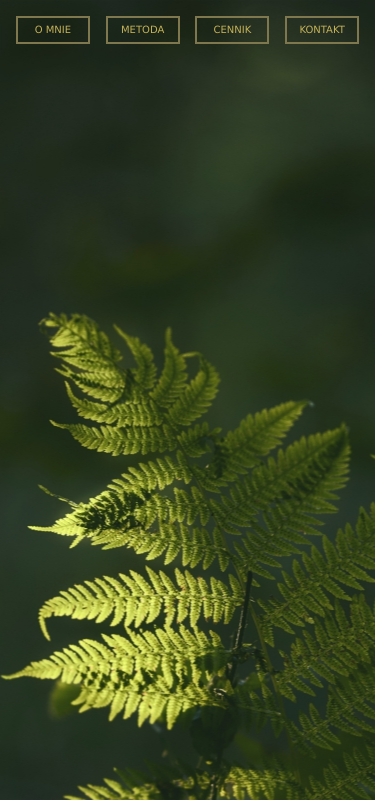
Repository: LechCieslak/Anna_Cieslak_v2.1
Page: index.html
These files come from the project's save history. The page is drawn as it stood at one moment and after the next save; the edit follows.
The browser window is 375 px wide. The pictures show the whole page.

Above is the page before, as saved 2020-09-16 22:06:13.

### index.html
<!DOCTYPE html>
<html lang="pl">
<head>
    <meta charset="UTF-8">
    <meta name="viewport" content="width=device-width, initial-scale=1.0">
    <link rel="stylesheet" href="style.css">
    <title>Przyjazne miejsce</title>
</head>
<body>
    <main>

            <div class="menu">
                <ul>
                    <li class="li1">O MNIE</li>
                    <li class="li2">METODA</li>
                    <li class="li3">CENNIK</li>
                    <li class="li4">KONTAKT</li>
                </ul>
            </div>

            <div class="oMnie shape">
                <h1>O MNIE</h1>
                <p>Anna Cieślak - psycholog, psychoterapeuta
                    <br><br>
                    Prowadzę indywidualną długoterminową psychoterapię osób dorosłych oraz młodzieży 16+. Od kilku lat w duchu Rodzicielstwa Bliskości wspieram rodziców oraz nauczycieli w codziennych wyzwaniach związanych z budowaniem relacji z dziećmi. Pracuję z dziećmi i młodzieżą w placówkach edukacyjnych (głównie są to tzw. szkoły alternatywne, realizujące program MEN w autorski sposób). <br>
                    W swojej pracy łączę humanistyczne i psychodynamiczne spojrzenie na klienta. Ukończyłam kursy i szkolenia z zakresu psychoterapii i psychopedagogiki w Ośrodku Terapii i Rozwoju Gestalt, w Laboratorium Psychoedukacji, Podyplomowym Studium Relacji Interpersonalnych i Profilaktyki Uzależnień UKSW oraz Akademii Rodziców i Wychowawców w Fundacji Bullerbyn. Ważnym dla mnie doświadczeniem było szkolenie wstępne z zakresu NVC prowadzone przez Zofię Schacht-Petersen. <br>
                    Prywatną praktykę prowadzę od 2013 roku. Swoją pracę poddaję regularnej superwizji, prowadzonej przez superwizora Polskiego Towarzystwa Psychologicznego.</p>
            </div>

            <div class="metoda shape">
                <h1>METODA</h1>
                <p>Lorem, ipsum dolor sit amet consectetur adipisicing elit. Tenetur illum, dolores ipsum earum qui eligendi quaerat itaque debitis quo cumque repudiandae fugit quisquam nisi quas sunt voluptatem alias enim vero porro reprehenderit. Quisquam possimus labore voluptate facere voluptatum mollitia eveniet dicta quis vitae ullam quae saepe veniam quos ut, dolor, fuga repellat, veritatis quam modi odio placeat! Vero, reprehenderit repellendus? Delectus sit voluptate minus quam ratione numquam ipsum nemo commodi rem nesciunt consequatur, sunt cumque, repellat aliquam excepturi dolores aut suscipit minima nisi veritatis itaque ad explicabo perspiciatis voluptatibus! Cumque id adipisci officiis facere, tenetur quod provident. Eveniet, exercitationem necessitatibus.</p>
            </div>

            <div class="cennik shape">
                <h1>CENNIK</h1>
                <p>Lorem, ipsum dolor sit amet consectetur adipisicing elit. Tenetur illum, dolores ipsum earum qui eligendi quaerat itaque debitis quo cumque repudiandae fugit quisquam nisi quas sunt voluptatem alias enim vero porro reprehenderit. Quisquam possimus labore voluptate facere voluptatum mollitia eveniet dicta quis vitae ullam quae saepe veniam quos ut, dolor, fuga repellat, veritatis quam modi odio placeat! Vero, reprehenderit repellendus? Delectus sit voluptate minus quam ratione numquam ipsum nemo commodi rem nesciunt consequatur, sunt cumque, repellat aliquam excepturi dolores aut suscipit minima nisi veritatis itaque ad explicabo perspiciatis voluptatibus! Cumque id adipisci officiis facere, tenetur quod provident. Eveniet, exercitationem necessitatibus.</p>
            </div>

            <div class="kontakt shape">
                <h1>KONTAKT</h1>
                <p>Lorem, ipsum dolor sit amet consectetur adipisicing elit. Tenetur illum, dolores ipsum earum qui eligendi quaerat itaque debitis quo cumque repudiandae fugit quisquam nisi quas sunt voluptatem alias enim vero porro reprehenderit. Quisquam possimus labore voluptate facere voluptatum mollitia eveniet dicta quis vitae ullam quae saepe veniam quos ut, dolor, fuga repellat, veritatis quam modi odio placeat! Vero, reprehenderit repellendus? Delectus sit voluptate minus quam ratione numquam ipsum nemo commodi rem nesciunt consequatur, sunt cumque, repellat aliquam excepturi dolores aut suscipit minima nisi veritatis itaque ad explicabo perspiciatis voluptatibus! Cumque id adipisci officiis facere, tenetur quod provident. Eveniet, exercitationem necessitatibus.</p>
            </div>
    </main>


    <script src="app.js"></script>
</body>
</html>

### style.css
* {
    font-family: verdana;
    padding: 0px;
}

body {
    --tlo: #4C6464;
    --text: #C5B358;
    --ramka: #7F784E;
    background-position-x: center;
    background-color: black;
    color: var(--text);
    animation: backgroundEffPoz 3s;
}

main {
    position: relative;
}

ul {
    display: flex;
    justify-content: space-around;
}

.menu li {
    margin-top: 6px;
    padding: 10px;
    display: inline-block;
    border: solid 2px var(--ramka);
    list-style-type: none;
    width: 120px;
    cursor: pointer;
    text-align: center;
}

.shape {
    border: solid 3px var(--ramka);
    /* width: 70%; */
    opacity: 0;
    padding: 10px;
    position: absolute;
    text-align: justify;
}

.nowa {
    opacity: 1;
}

@keyframes backgroundEffPoz {
    100% {
            background-image: url("images/background-poz.jpg");
    }
}
@keyframes backgroundEffPion {
    100% {
            background-image: url("images/background-pion.jpg");
    }
}

/* style css - duże ekrany
@media (min-width: 1100px) {
    body {
        font-size: 30px;
    }
} */

@media (max-width: 600px) {
    body {
        /* style css - tel. pionowo */
        background-image: url("images/background-pion.jpg");
        font-size: 10px;
        background-position-x: center;
        animation: backgroundEffPion 3s;
    }

    .menu li {
        width: 50px;
        height: 8px;
        padding-top: 6px;
    }
}

@media (max-width: 320px) {
    ul {
        width: 55px;
        display: block;
    }
}

### app.js
let a = document.querySelector('.li1');
let b = document.querySelector('.oMnie');
let c = document.querySelector('.li2');
let d = document.querySelector('.metoda');
let e = document.querySelector('.li3');
let f = document.querySelector('.cennik');
let g = document.querySelector('.li4');
let h = document.querySelector('.kontakt');

a.addEventListener('click', e => {
  b.classList.toggle("nowa");
  d.classList.remove("nowa");
  f.classList.remove("nowa");
  h.classList.remove("nowa");
});


c.addEventListener('click', e => {
  d.classList.toggle("nowa");
  b.classList.remove("nowa");
  f.classList.remove("nowa");
  h.classList.remove("nowa");
});

e.addEventListener('click', e => {
  f.classList.toggle("nowa");
  b.classList.remove("nowa");
  d.classList.remove("nowa");
  h.classList.remove("nowa");
});


g.addEventListener('click', e => {
  h.classList.toggle("nowa");
  b.classList.remove("nowa");
  d.classList.remove("nowa");
  f.classList.remove("nowa");
});

After the next save:
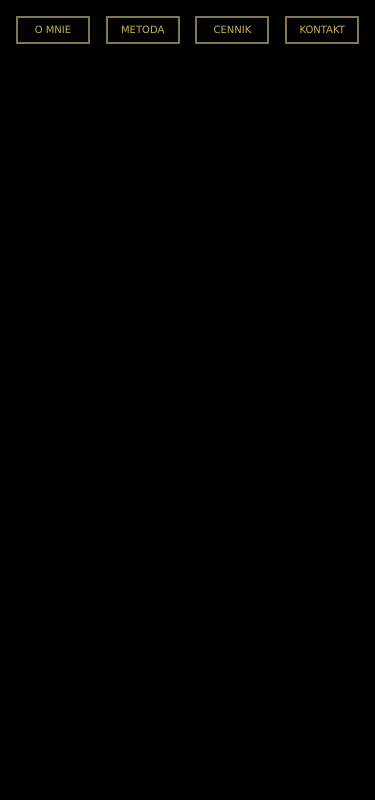
Saved 4 s later.
--- a/style.css
+++ b/style.css
@@ -67,7 +67,7 @@ ul {
 @media (max-width: 600px) {
     body {
         /* style css - tel. pionowo */
-        background-image: url("images/background-pion.jpg");
+        /* background-image: url("images/background-pion.jpg"); */
         font-size: 10px;
         background-position-x: center;
         animation: backgroundEffPion 3s;
